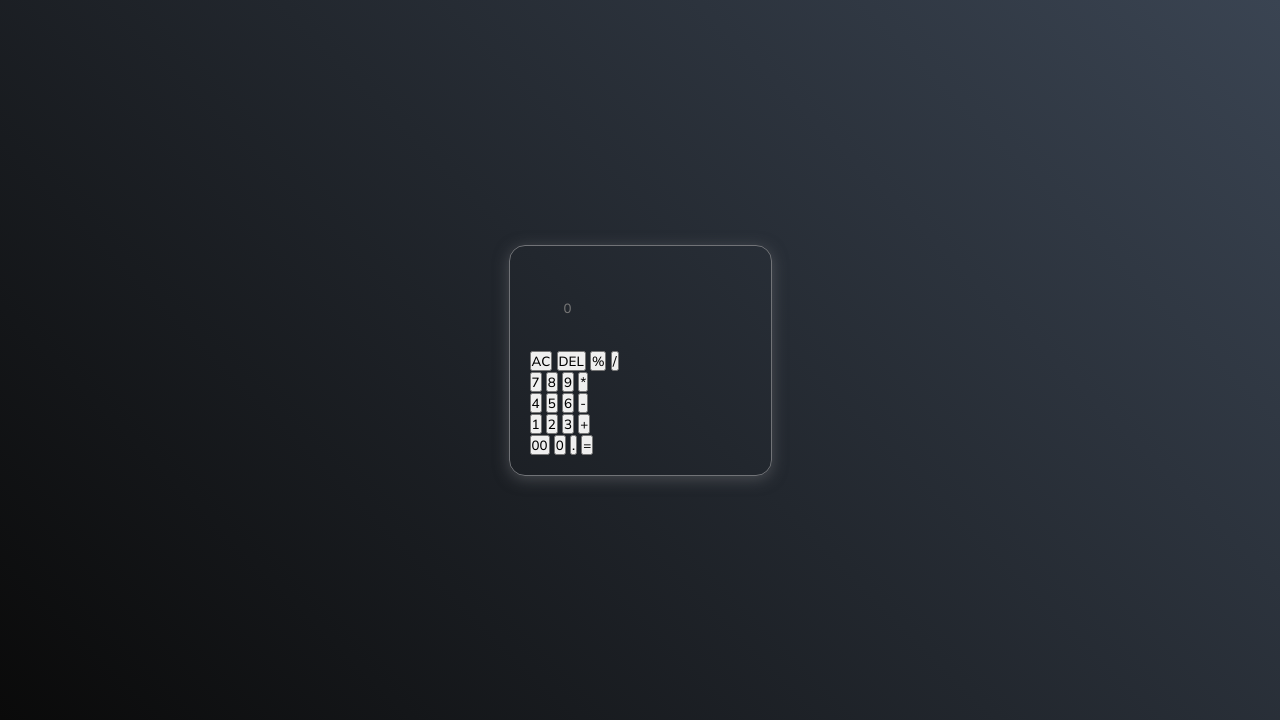
Repository: vaibhav1281/Calculator
Page: index.html
An editor plug-in stored every save of this project. The page is shown before and after a run of saves, followed by the edit.
The browser window is 1280 px wide. The pictures show the whole page.

Above is the page before, as saved 2023-05-06 20:07:29.

### index.html
<!DOCTYPE html>
<html lang="en">
<head>
    <meta charset="UTF-8">
    <meta http-equiv="X-UA-Compatible" content="IE=edge">
    <meta name="viewport" content="width=device-width, initial-scale=1.0">
    <title>Calculator - By Vaibhav Saroj</title>
    <link rel="stylesheet" href="styles.css">
</head>
<body>
    <div class="calcurator">
        <input type="text" placeholder="0">
        <div>
            <button>AC</button>
            <button>DEL</button>
            <button>%</button>
            <button>/</button>
        </div>
        <div>
            <button>7</button>
            <button>8</button>
            <button>9</button>
            <button>*</button>
        </div>
        <div>
            <button>4</button>
            <button>5</button>
            <button>6</button>
            <button>-</button>
        </div>
        <div>
            <button>1</button>
            <button>2</button>
            <button>3</button>
            <button>+</button>
        </div>
        <div>
            <button>00</button>
            <button>0</button>
            <button>.</button>
            <button>=</button>
        </div>
    </div>


    <script src="index.js"></script>
</body>
</html>

### styles.css
@import url('https://fonts.googleapis.com/css2?family=Be+Vietnam+Pro:wght@100&family=Mulish:wght@500&display=swap');

*{
    margin: 0;
    padding: 0;
    box-sizing: border-box;
    font-family: 'Be Vietnam Pro', sans-serif;
    font-family: 'Mulish', sans-serif;
}
body{
    width: 100%;
    height: 100vh;
    display: flex;
    justify-content: center; /* It's move horizontally*/
    align-items: center; /*It's move vertically*/
    background: linear-gradient(45deg , #0a0a0a ,#3a4452);
}
.calcurator{
    border: 1px solid #717377;
    padding: 20px;
    border-radius: 16px;
    background-color: transparent;
    box-shadow: 0px 3px 15px rgba(113, 115, 119, 0.5);
}
input{
    width: 100%;
    border: none;
    padding: 24px;
    margin: 10px;
    background: transparent;
    box-shadow: 0px 3px 15px rgbs(84, 84, 84, 0.1);
    /* font-size: 40px; */
    /* text-align: right; */
    /* cursor: pointer; */
    /* color: #ffffff; */
}

Loaded but not shown: index.js (no copy from this time; the picture is the same without it)

After the next 2 saves:
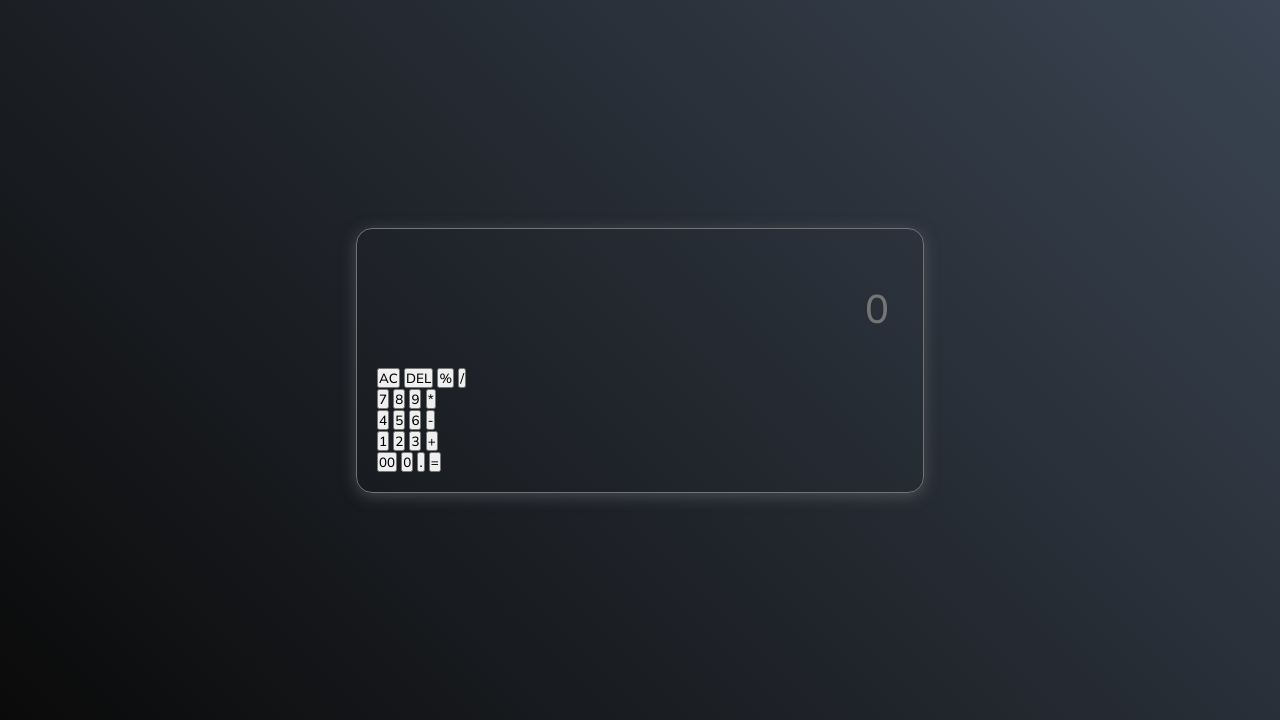
The 2 saves are shown as one change because they came seconds apart.
The last was saved 30 s later.
--- a/styles.css
+++ b/styles.css
@@ -29,8 +29,8 @@
     margin: 10px;
     background: transparent;
     box-shadow: 0px 3px 15px rgbs(84, 84, 84, 0.1);
-    /* font-size: 40px; */
-    /* text-align: right; */
-    /* cursor: pointer; */
-    /* color: #ffffff; */
+    font-size: 40px;
+    text-align: right;
+    cursor: pointer;
+    color: #ffffff;
 }
